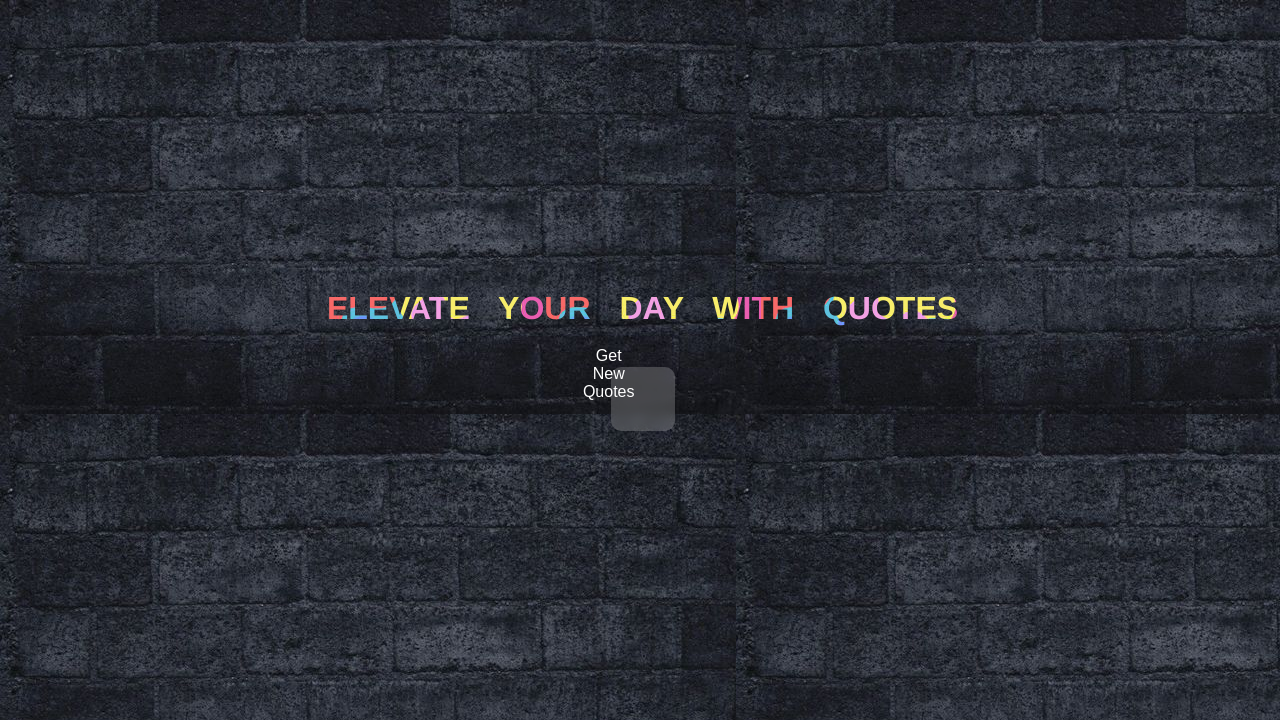
Repository: Bhavik-Sanghar/Quote-app
Page: /
An editor plug-in stored every save of this project. The page is shown before and after the next save, followed by the edit.
The browser window is 1280 px wide. The pictures show the whole page.
The page's requests for data from a server got no answer. The project was rebuilt for these pictures with package versions that can differ from the ones it lists, and the page was loaded fresh each time. No one was signed in, and anything a server would have sent is missing. Also part of the build but not shown: src/styles.css.

Above is the page before, as saved 2023-08-18 16:58:24.

After the next save:
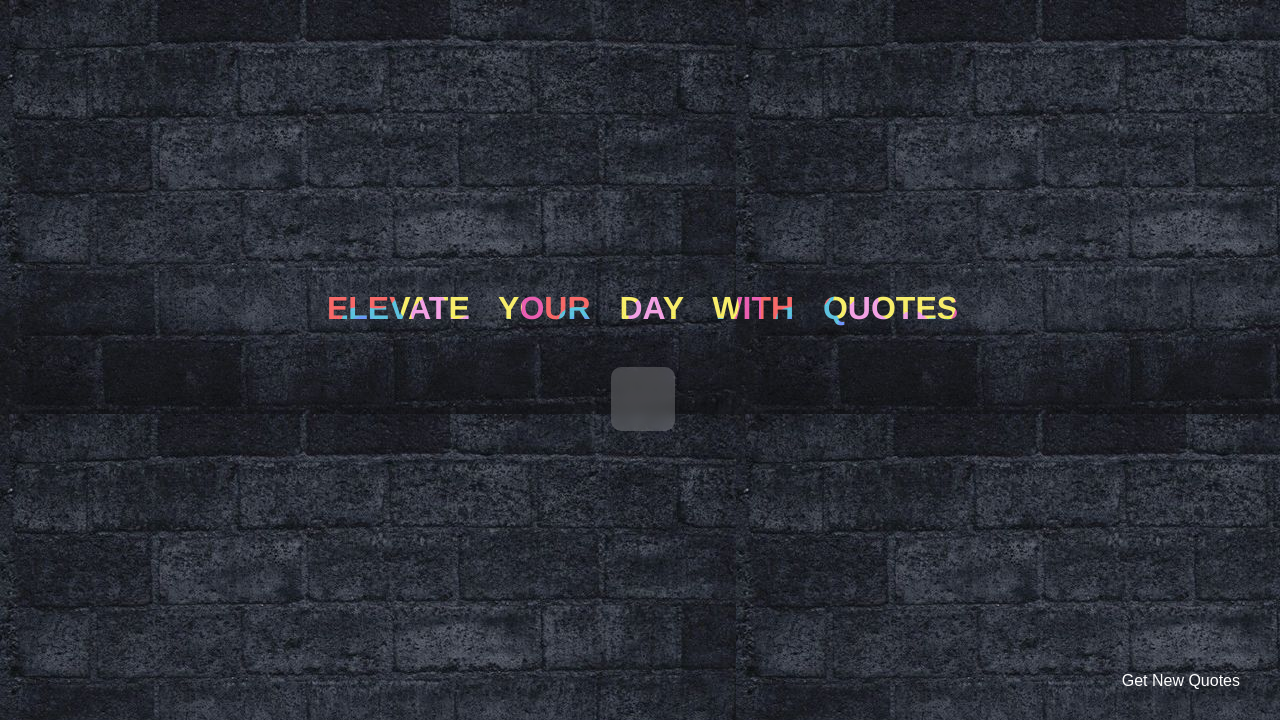
Saved 42 s later.
--- a/src/components/NewQuote.js
+++ b/src/components/NewQuote.js
@@ -38,11 +38,11 @@ const QuoteComponent = () => {
             <p className="quote-text">{quote.quote}</p>
             <p className="author">- {quote.author}</p>
           </div>
-        ))} <button className="fetch-button" onClick={handleFetchNewQuotes}>
+        ))}
+      </div>
+      <button className="fetch-button" onClick={handleFetchNewQuotes}>
            Get New Quotes
       </button>
-
-      </div>
     </div>
   );
 };
